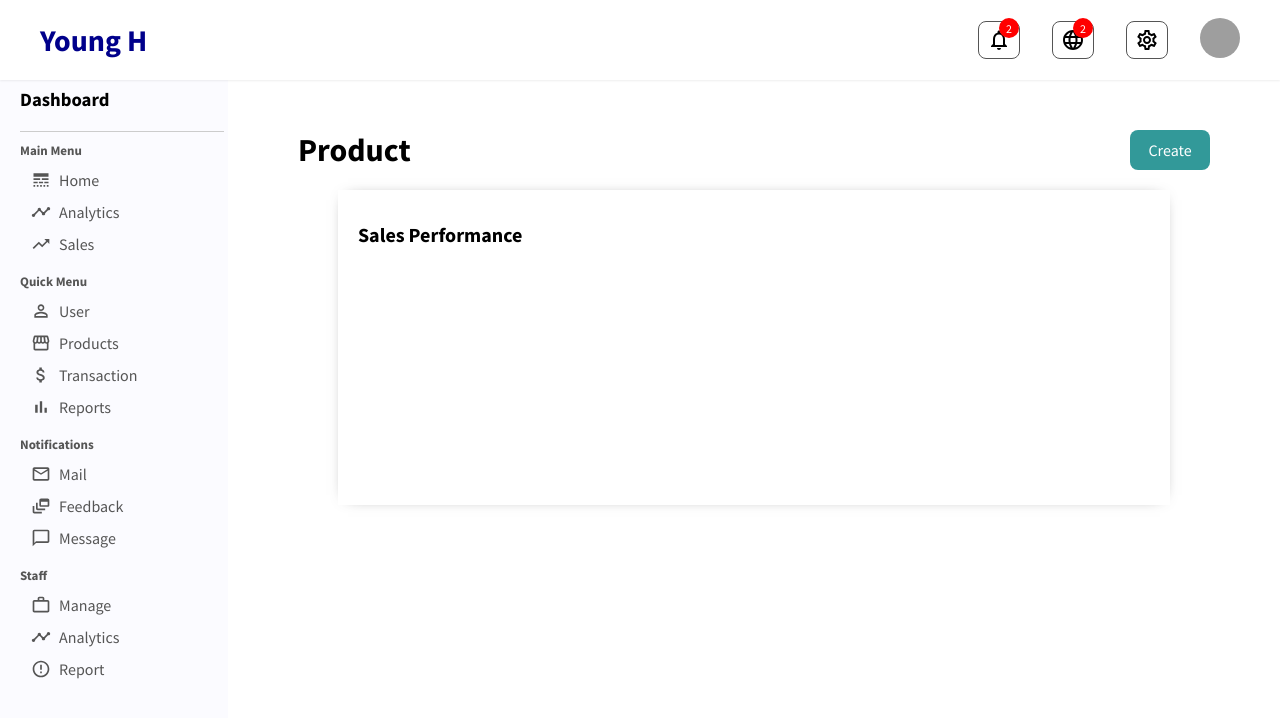
Repository: noname20011/admin
Page: /product/1
These files come from the project's save history. The page is drawn as it stood at one moment and after a run of saves; the edit follows.
The browser window is 1280 px wide. The pictures show the whole page.
Pictures or frames that could not be fetched are drawn as grey boxes. The project was rebuilt for these pictures with package versions that can differ from the ones it lists, and the page was loaded fresh each time. Also part of the build but not shown: src/pages/home/home.css, src/comopnents/featureInfo/feature.css, src/comopnents/featureInfo/Feature.jsx, src/comopnents/widgetSm/widgetSm.css, src/comopnents/widgetSm/WidgetSm.jsx, src/comopnents/widgetLg/widgetLg.css, src/comopnents/widgetLg/WidgetLg.jsx, src/pages/home/Home.jsx and 10 more.

Above is the page before, as saved 2021-11-14 16:24:32.

### public/index.html
<!DOCTYPE html>
<html lang="en">
  <head>
    <meta charset="utf-8" />
    <meta name="viewport" content="width=device-width, initial-scale=1" />
    <meta name="theme-color" content="#000000" />
    <meta
      name="description"
      content="Web site created using create-react-app"
    />
    <!-- GOOGLE FONTS -->
    <link href="https://fonts.googleapis.com/css2?family=Source+Sans+Pro:wght@200;300;400;600;700;900&display=swap" rel="stylesheet">
    <style>
      * {
        font-family: 'Source Sans Pro', sans-serif;
        padding: 0;
        margin: 0;
      }
    </style>
    <title>React Admin App</title>
  </head>
  <body>
    <div id="root"></div>
  </body>
</html>

### src/App.js
import Topbar from "./comopnents/topbar/Topbar";
import Sidebar from "./comopnents/sidebar/Sidebar";
import Home from "./pages/home/Home.jsx"
import UserList from "./pages/userList/UserList";
import User from "./pages/user/User";
import NewUser from "./pages/newUser/NewUser";
import ProductList from "./pages/productList/ProductList";
import Product from "./pages/product/Product";
import NewProduct from "./pages/newProduct/NewProduct";
import './app.css'

import {BrowserRouter as Router, Routes , Route} from "react-router-dom"
function App() {
  return (
    <div>
      <Router>
        <Topbar/>
        <div className="container">
          <Sidebar/>
          <Routes >
            <Route path="/" exact element={<Home/>}/>
            <Route path="/users" exact element={<UserList/>}/>
            <Route path="/user/:userId" exact element={<User/>}/>
            <Route path="/register" exact element={<NewUser/>}/>
            <Route path="/products" exact element={<ProductList/>}/>
            <Route path="/product/:id" exact element={<Product/>}/>
            <Route path="/addproduct/" exact element={<NewProduct/>}/>
          </Routes>
        </div>
      </Router>
    </div>
  );
}

export default App;

### src/comopnents/topbar/Topbar.jsx
import React from 'react'
import './topbar.css'

import { Language, NotificationsNone, SettingsOutlined  } from '@material-ui/icons'

export default function Topbar() {
    return (
        <div className="topbar">
            <div className="topbarWrapper">
                <div className="topLeft">
                    <div className="logo">Young H</div>
                </div>
                <div className="topRight">
                    <div className="topbarIconContainer">
                        <NotificationsNone/>
                        <div className="topIconsBadge">2</div>
                    </div>
                    <div className="topbarIconContainer">
                        <Language/>
                        <div className="topIconsBadge">2</div>
                    </div>
                    <div className="topbarIconContainer">
                        <SettingsOutlined/>
                    </div>
                    <div>
                        <img src="https://images.pexels.com/photos/1526814/pexels-photo-1526814.jpeg?auto=compress&cs=tinysrgb&dpr=2&w=500" alt="admin" className="topAvatar"/>
                    </div>
                </div>
            </div>
        </div>
    )
}

### src/comopnents/sidebar/Sidebar.jsx
import { AttachMoney, BarChart, ChatBubbleOutline, DynamicFeed, ErrorOutline, LineStyle, MailOutlined, PersonOutline, Storefront, Timeline, TrendingUp,  WorkOutlineOutlined } from '@material-ui/icons'
import React from 'react'
import { Link } from 'react-router-dom'
import "./sidebar.css"
export default function Sidebar() {
    return (
        <div className="sidebar">
            <div className="sidebarWrapper">
                <h3 className="sidebarTitle">Dashboard</h3>
                <div className="sidebarMenu">
                    <h4 className="sidebarMenuTitle">Main Menu</h4>
                    <ul className="sidebarLists">
                        <Link to="/">
                            <li className="sidebarListItem">
                                <LineStyle className="sidebarIcon"/>
                                Home
                            </li>
                        </Link>
                        <li className="sidebarListItem">
                            <Timeline className="sidebarIcon"/>
                            Analytics
                        </li>
                        <li className="sidebarListItem">
                            <TrendingUp className="sidebarIcon"/>
                            Sales
                        </li>
                    </ul>
                </div>
                <div className="sidebarMenu">
                    <h4 className="sidebarMenuTitle">Quick Menu</h4>
                    <ul className="sidebarLists">
                        <Link to="/users">
                            <li className="sidebarListItem">
                                <PersonOutline className="sidebarIcon"/>
                                User
                            </li>
                        </Link>
                        <Link to="/products">
                            <li className="sidebarListItem">
                                <Storefront className="sidebarIcon"/>
                                Products
                            </li>
                        </Link>
                        <li className="sidebarListItem">
                            <AttachMoney className="sidebarIcon"/>
                            Transaction
                        </li>
                        <li className="sidebarListItem">
                            <BarChart className="sidebarIcon"/>
                            Reports
                        </li>
                    </ul>
                </div>
                <div className="sidebarMenu">
                    <h4 className="sidebarMenuTitle">Notifications</h4>
                    <ul className="sidebarLists">
                        <li className="sidebarListItem">
                            <MailOutlined className="sidebarIcon"/>
                            Mail
                        </li>
                        <li className="sidebarListItem">
                            <DynamicFeed className="sidebarIcon"/>
                            Feedback
                        </li>
                        <li className="sidebarListItem">
                            <ChatBubbleOutline className="sidebarIcon"/>
                            Message
                        </li>
                    </ul>
                </div>
                <div className="sidebarMenu">
                    <h4 className="sidebarMenuTitle">Staff</h4>
                    <ul className="sidebarLists">
                        <li className="sidebarListItem">
                            <WorkOutlineOutlined className="sidebarIcon"/>
                            Manage
                        </li>
                        <li className="sidebarListItem">
                            <Timeline className="sidebarIcon"/>
                            Analytics
                        </li>
                        <li className="sidebarListItem">
                            <ErrorOutline className="sidebarIcon"/>
                            Report
                        </li>
                    </ul>
                </div>
            </div>
        </div>
    )
}

### src/pages/product/Product.jsx
import { Link } from "react-router-dom"
import Chart from "../../comopnents/chart/Chart"
import "./product.css"

export default function Product() {
    return (
        <div className="product">
            <div className="productTitleContainer">
                <h1 className="productTitle">Product</h1>
                <Link to="/addproduct">
                    <button className="productAddBtn">
                        Create
                    </button>
                </Link>
            </div>
            <div className="productTop">
                <div className="productTopLeft">
                    <Chart title="Sales Performance"/>
                </div>
                <div className="productTopRight"></div>
            </div>
        </div>
    )
}

### src/app.css
ul, li {
    list-style: none;
}

a {
    text-decoration: none;
}

.container {
    display: flex;
}

.other {
    flex: 4;
}

button, input {
    border: none;
    outline: none;
}

### src/comopnents/topbar/topbar.css
.topbar {
    width: 100%;
    height: 80px;
    background: #fff;
    box-shadow: 0 .5px 2px rgba(0, 0, 0, 0.07);

    position: sticky;
    top: 0;
    z-index: 1000;
}

.topbarWrapper {
    height: 100%;
    padding: 0 40px;
    display: flex;
    justify-content: space-between;
    align-items: center;
}

.logo {
    font-weight: bold;
    font-size: 30px;
    color: darkblue;
    cursor: pointer;
}

.topRight {
    display: flex;
    align-items: center;
    column-gap: 2rem;
}
.topbarIconContainer {
    position: relative;
    cursor: pointer;
    width: 40px;
    height: 36px;
    border: 1px solid #555;
    border-radius: .5rem;
    display: flex;
    align-items: center;
    justify-content: center;
}

.topbarIconContainer:hover {
    background-color: rgb(248, 246, 246);
}

.topIconsBadge {
    font-size: 12px;
    position: absolute;
    top: -4px;
    right: 0px;

    width: 20px;
    height: 20px;
    background-color: red;
    color: #fff;
    border-radius: 50%;

    display: flex;
    place-content: center;
    place-items: center;
}

.topAvatar {
    width: 40px;
    height: 40px;
    object-fit: cover;
    border-radius: 50%;
    cursor: pointer;
}

### src/comopnents/sidebar/sidebar.css
.sidebar {
    flex: 1;
    background-color: rgb(251, 251, 255);
    position: sticky;
    top: 80px;
    height: calc(100vh - 80px);
}

.sidebarWrapper {
    padding: 8px 4px 0 20px;
}

.sidebarTitle {
    padding-bottom: 20px;
    margin-bottom: 10px;
    border-bottom: 1px solid #ccc;
}

.sidebarMenu {
    margin-bottom: 8px;
}

.sidebarMenuTitle {
    color: #555;
    font-size: 13px;
}

.sidebarLists {
    padding: 5px;
}

.sidebarListItem {
    display: flex;
    align-items: center;
    column-gap: .5rem;

    padding: 6px;
    color: #555;
    cursor: pointer;
    border-radius: .5rem;
}

.sidebarListItem.active,
.sidebarListItem:hover {
    background-color: rgb(225, 225, 255);
}

.sidebarIcon {
    font-size: 20px!important;
}

### src/comopnents/chart/Chart.jsx
import "./chart.css"
import { LineChart, Line, XAxis, YAxis, CartesianGrid, Tooltip, Legend, ResponsiveContainer } from 'recharts';



export default function Chart({ title, data, dataKey, grid }) {

    return (
        <div className="chart">
            <h3 className="chartTitle">{title}</h3>
            <ResponsiveContainer width="100%" aspect={4 / 1}>
                <LineChart data={data}>
                    <XAxis dataKey="name" stroke="#5550bd"/>
                    <Line type="monotone" dataKey={dataKey}/>
                    <Tooltip />
                    {grid && <CartesianGrid stroke="#e0dfdf" strokeDasharray="5 5" />}
                </LineChart>
            </ResponsiveContainer>
        </div>
    )
}

### src/pages/product/product.css
.product {
    flex: 4;
    margin: 20px 40px;
    padding: 30px;
}

.productTitleContainer {
    display: flex;
    justify-content: space-between;
    margin-bottom: 20px;
}

.productAddBtn {
    width: 80px;
    border-radius: .5rem;
    background-color: teal;
    padding: 10px 8px;

    color: #fff;
    font-size: 16px;
    cursor: pointer;
    opacity: 0.8;
}

.productAddBtn:hover {
    opacity: 1;
}

### src/comopnents/chart/chart.css
.chart {
    -webkit-box-shadow: 0px 0px 15px -10px rgba(0, 0, 0, 0.75);
    box-shadow: 0px 0px 15px -10px rgba(0, 0, 0, 0.75);
    margin: 20px 40px;
    padding: 20px;
}

.chartTitle {
    font-size: 20px;
    margin: 12px 0 40px;

}

### src/dummyData.js
export const userData = [{
        name: 'Jan',
        "Active User": 4000,
    },
    {
        name: 'Fab',
        "Active User": 3000,

    },
    {
        name: 'Mar',
        "Active User": 1000,

    },
    {
        name: 'Apr',
        "Active User": 2780,
    },
    {
        name: 'May',
        "Active User": 3450,
    },
    {
        name: 'Jun',
        "Active User": 2190,
    },
    {
        name: 'Agu',
        "Active User": 3230,
    },
    {
        name: 'Sep',
        "Active User": 2000,
    },
    {
        name: 'Oct',
        "Active User": 5390,
    },
    {
        name: 'Nov',
        "Active User": 4000,
    },
    {
        name: 'Dec',
        "Active User": 4120,
    },
];

export const userRows = [{
        id: 1,
        username: "Jon Snow",
        avatar: "https://images.pexels.com/photos/1152994/pexels-photo-1152994.jpeg?auto=compress&cs=tinysrgb&dpr=2&w=500",
        email: "jon@gmail.com",
        status: "active",
        transaction: "$120.00",
    },
    {
        id: 2,
        username: "Jon Snow",
        avatar: "https://images.pexels.com/photos/1152994/pexels-photo-1152994.jpeg?auto=compress&cs=tinysrgb&dpr=2&w=500",
        email: "jon@gmail.com",
        status: "active",
        transaction: "$120.00",
    },
    {
        id: 3,
        username: "Jon Snow",
        avatar: "https://images.pexels.com/photos/1152994/pexels-photo-1152994.jpeg?auto=compress&cs=tinysrgb&dpr=2&w=500",
        email: "jon@gmail.com",
        status: "active",
        transaction: "$120.00",
    },
    {
        id: 4,
        username: "Jon Snow",
        avatar: "https://images.pexels.com/photos/1152994/pexels-photo-1152994.jpeg?auto=compress&cs=tinysrgb&dpr=2&w=500",
        email: "jon@gmail.com",
        status: "active",
        transaction: "$120.00",
    },
    {
        id: 5,
        username: "Jon Snow",
        avatar: "https://images.pexels.com/photos/1152994/pexels-photo-1152994.jpeg?auto=compress&cs=tinysrgb&dpr=2&w=500",
        email: "jon@gmail.com",
        status: "active",
        transaction: "$120.00",
    },
    {
        id: 6,
        username: "Jon Snow",
        avatar: "https://images.pexels.com/photos/1152994/pexels-photo-1152994.jpeg?auto=compress&cs=tinysrgb&dpr=2&w=500",
        email: "jon@gmail.com",
        status: "active",
        transaction: "$120.00",
    },
    {
        id: 7,
        username: "Jon Snow",
        avatar: "https://images.pexels.com/photos/1152994/pexels-photo-1152994.jpeg?auto=compress&cs=tinysrgb&dpr=2&w=500",
        email: "jon@gmail.com",
        status: "active",
        transaction: "$120.00",
    },
    {
        id: 8,
        username: "Jon Snow",
        avatar: "https://images.pexels.com/photos/1152994/pexels-photo-1152994.jpeg?auto=compress&cs=tinysrgb&dpr=2&w=500",
        email: "jon@gmail.com",
        status: "active",
        transaction: "$120.00",
    },
    {
        id: 9,
        username: "Jon Snow",
        avatar: "https://images.pexels.com/photos/1152994/pexels-photo-1152994.jpeg?auto=compress&cs=tinysrgb&dpr=2&w=500",
        email: "jon@gmail.com",
        status: "active",
        transaction: "$120.00",
    },
    {
        id: 10,
        username: "Jon Snow",
        avatar: "https://images.pexels.com/photos/1152994/pexels-photo-1152994.jpeg?auto=compress&cs=tinysrgb&dpr=2&w=500",
        email: "jon@gmail.com",
        status: "active",
        transaction: "$120.00",
    },
];

export const productData = [{
        name: "Jan",
        "Sales": 4000,
    },
    {
        name: "Feb",
        "Sales": 3000,
    },
    {
        name: "Mar",
        "Sales": 5000,
    },
];

export const productRows = [{
        id: 1,
        name: "Apple Airpods",
        img: "https://images.pexels.com/photos/7156886/pexels-photo-7156886.jpeg?auto=compress&cs=tinysrgb&dpr=2&w=500",
        stock: 123,
        status: "active",
        price: "$120.00",
    },
    {
        id: 2,
        name: "Apple Airpods",
        img: "https://images.pexels.com/photos/7156886/pexels-photo-7156886.jpeg?auto=compress&cs=tinysrgb&dpr=2&w=500",
        stock: 123,
        status: "active",
        price: "$120.00",
    },
    {
        id: 3,
        name: "Apple Airpods",
        img: "https://images.pexels.com/photos/7156886/pexels-photo-7156886.jpeg?auto=compress&cs=tinysrgb&dpr=2&w=500",
        stock: 123,
        status: "active",
        price: "$120.00",
    },
    {
        id: 4,
        name: "Apple Airpods",
        img: "https://images.pexels.com/photos/7156886/pexels-photo-7156886.jpeg?auto=compress&cs=tinysrgb&dpr=2&w=500",
        stock: 123,
        status: "active",
        price: "$120.00",
    },
    {
        id: 5,
        name: "Apple Airpods",
        img: "https://images.pexels.com/photos/7156886/pexels-photo-7156886.jpeg?auto=compress&cs=tinysrgb&dpr=2&w=500",
        stock: 123,
        status: "active",
        price: "$120.00",
    },
    {
        id: 6,
        name: "Apple Airpods",
        img: "https://images.pexels.com/photos/7156886/pexels-photo-7156886.jpeg?auto=compress&cs=tinysrgb&dpr=2&w=500",
        stock: 123,
        status: "active",
        price: "$120.00",
    },
    {
        id: 7,
        name: "Apple Airpods",
        img: "https://images.pexels.com/photos/7156886/pexels-photo-7156886.jpeg?auto=compress&cs=tinysrgb&dpr=2&w=500",
        stock: 123,
        status: "active",
        price: "$120.00",
    },
    {
        id: 8,
        name: "Apple Airpods",
        img: "https://images.pexels.com/photos/7156886/pexels-photo-7156886.jpeg?auto=compress&cs=tinysrgb&dpr=2&w=500",
        stock: 123,
        status: "active",
        price: "$120.00",
    },
    {
        id: 9,
        name: "Apple Airpods",
        img: "https://images.pexels.com/photos/7156886/pexels-photo-7156886.jpeg?auto=compress&cs=tinysrgb&dpr=2&w=500",
        stock: 123,
        status: "active",
        price: "$120.00",
    },
    {
        id: 10,
        name: "Apple Airpods",
        img: "https://images.pexels.com/photos/7156886/pexels-photo-7156886.jpeg?auto=compress&cs=tinysrgb&dpr=2&w=500",
        stock: 123,
        status: "active",
        price: "$120.00",
    },
];

Loaded but not shown: src/index.js (common file)

After the next 3 saves:
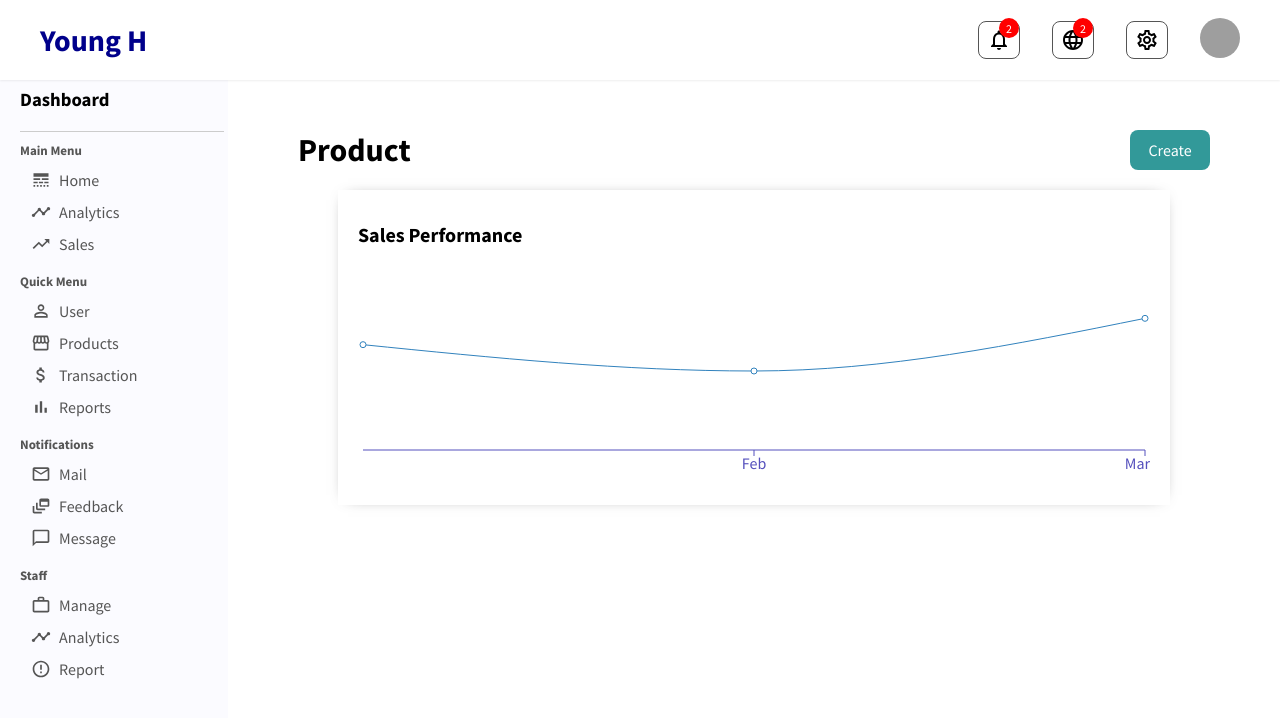
The 3 saves are shown as one change because 2 did not build or start.
The last was saved 83 s later.
--- a/src/pages/product/Product.jsx
+++ b/src/pages/product/Product.jsx
@@ -1,5 +1,6 @@
 import { Link } from "react-router-dom"
 import Chart from "../../comopnents/chart/Chart"
+import { productData } from "../../dummyData.js"
 import "./product.css"
 
 export default function Product() {
@@ -15,7 +16,7 @@ export default function Product() {
             </div>
             <div className="productTop">
                 <div className="productTopLeft">
-                    <Chart title="Sales Performance"/>
+                    <Chart title="Sales Performance" dataKey="Sales" data={productData}/>
                 </div>
                 <div className="productTopRight"></div>
             </div>
